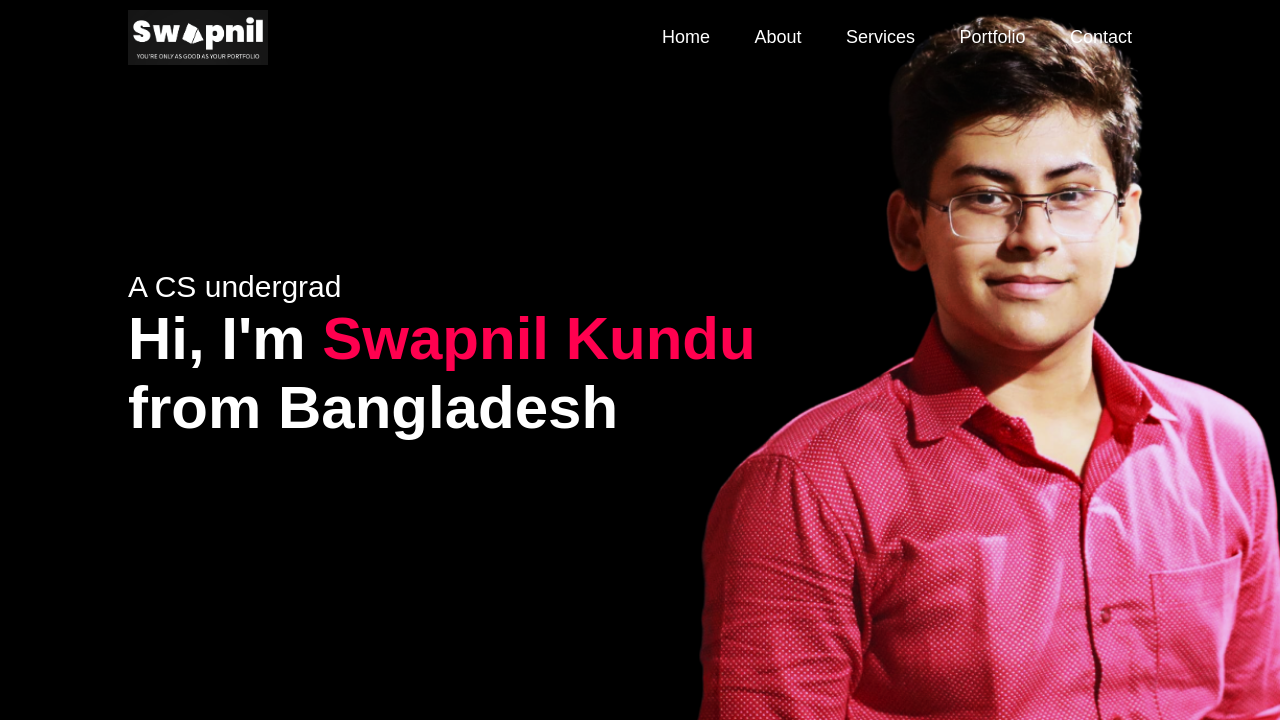
Repository: SwapnilKundu/portfolio
Page: index.html
These files come from the project's save history. The page is drawn as it stood at one moment and after the next save; the edit follows.
The browser window is 1280 px wide. The pictures show the whole page.

Above is the page before, as saved 2024-01-19 04:08:18.

### index.html
<!DOCTYPE html>
<html lang="en">
<head>
    <meta charset="UTF-8">
    <meta name="viewport" content="width=device-width, initial-scale=1.0">
    <title>Personal Portfolio Website</title>
    <link rel="stylesheet" href="style.css">
</head>
<body>
  <div id="header">
    <div class="container">
        <nav>
            <img src="images/logo1.png" class= "logo" width="40">
            <ul>
                <li><a href ="#">Home</a></li>
                <li><a href ="#">About</a></li>
                <li><a href ="#">Services</a></li>
                <li><a href ="#">Portfolio</a></li>
                <li><a href ="#">Contact</a></li>
            </ul>
        </nav>
        <div class="header-text">

            <p>A CS undergrad </p>
            <h1>Hi, I'm <span>Swapnil Kundu</span> <br> from Bangladesh</h1>
        </div>
    </div>


  </div>
</body>
</html>

### style.css
*
{
    margin: 0;
    padding: 0;
    font-family: 'Poppins',sans-serif;
    box-sizing: border-box;
}

body
{
    background: #ffff;
    color: #fff;
}
#header
{
    width: 100%;
    height: 100vh;
    background-image: url(images/ccc2.png);
    background-size: cover;
    background-position: left;
    background-repeat: no-repeat;
    overflow: hidden;
}
.container
{
padding: 10px 10%;
}
nav{
    display: flex;
    align-items: center;
    justify-content: space-between;
    flex-wrap: wrap;
}
.logo{
    width: 140px;
}

nav ul li{
    display:inline-block;
    list-style: none;
    margin: 10px 20px;

}
nav ul li a{
    color: #fff;
    text-decoration:none ;
    font-size: 18px;
    position: relative;
}

nav ul li a::after
{
    content: '';
    width:0;
    height:3px;
    background:#ff004f;
    position: absolute;
    left: 0;
    bottom: -6px;
    transition: 0.5s;

}
nav ul li a:hover::after
{
    width:100%;
}
.header-text{
    margin-top: 20%;
    font-size: 30px;
}
.header-text h1
{
    font-size:60px;
}
.header-text h1 span
{
    color:#ff004f;
}

After the next save:
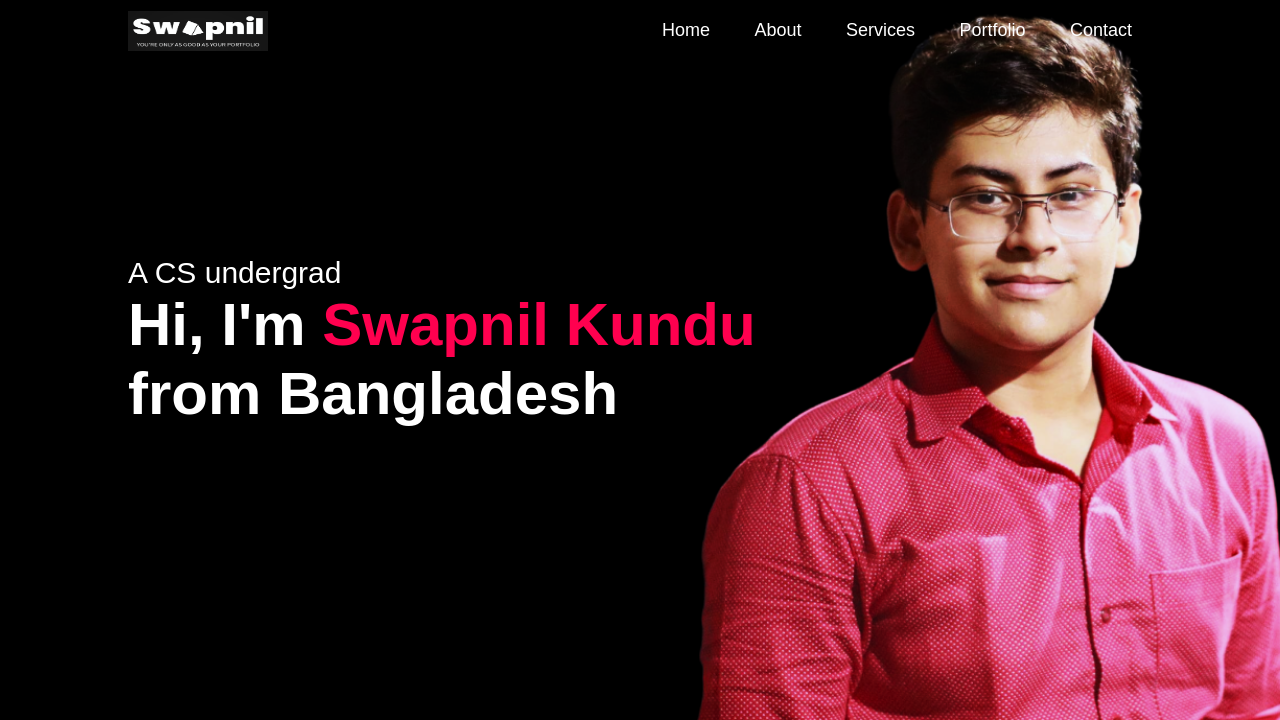
Saved 4 s later.
--- a/index.html
+++ b/index.html
@@ -10,7 +10,7 @@
   <div id="header">
     <div class="container">
         <nav>
-            <img src="images/logo1.png" class= "logo" width="40">
+            <img src="images/logo1.png" class= "logo" width="40" height="40">
             <ul>
                 <li><a href ="#">Home</a></li>
                 <li><a href ="#">About</a></li>
